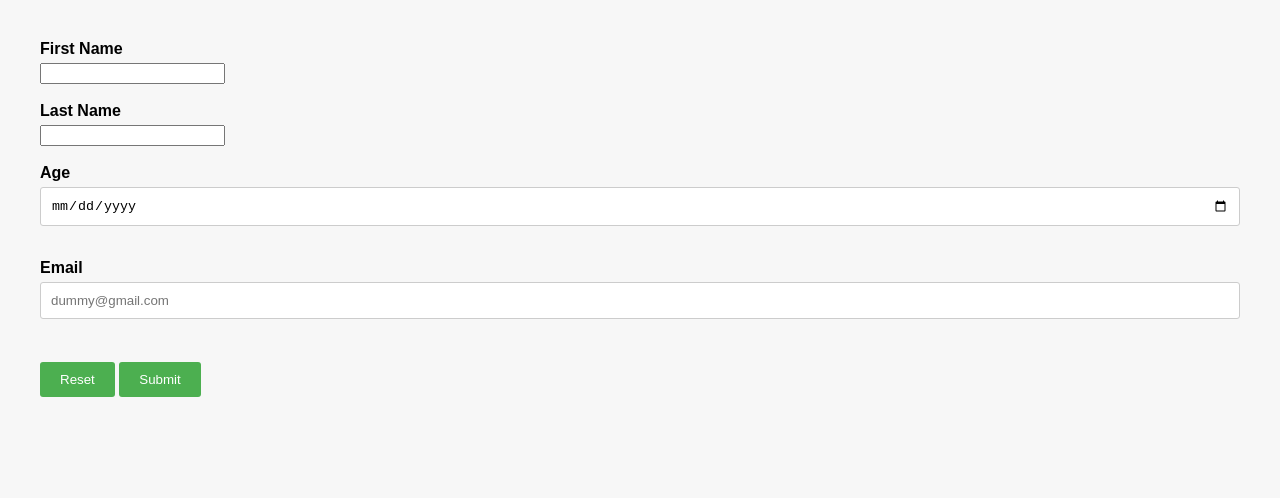
Repository: Haakim19/web-dev
Page: form.html
An editor plug-in stored every save of this project. The page is shown before and after the next save, followed by the edit.
The browser window is 1280 px wide. The pictures show the whole page.

Above is the page before, as saved 2024-06-02 17:11:59.

### form.html
<!DOCTYPE html>
<html lang="en">
<head>
    <meta charset="UTF-8">
    <meta name="viewport" content="width=device-width, initial-scale=1.0">
    <link rel="stylesheet" type = "text/css" href = "form.css">
    <title>Form</title>
</head>
<body>
    <form action="form.php" method = "POST">
       <div>
            <label for="fname">First Name</label>
            <input type="fname" name = "fname" id = "fname" required>
       </div>

       <br>

        <div>
            <label for="lname">Last Name</label>
            <input type="lname" name = "lname" id = "lname" required>

        </div>

        <br>

        <div>
            <label for="bday">Age</label>
            <input type="date" name = "bday" id = "day" placeholder="yyyy-mm-dd" required>

        </div>

        <br>

        <div>
            <label for="email">Email</label>
            <input type="email" name = "email" id = "email" required placeholder="dummy@gmail.com">

        </div>


        <br>

        <input type="reset" value = "Reset">
        <input type="submit" value = "Submit">

    </form>
</body>
</html>

### form.css
/* Body Styles */
body {
    font-family: Arial, Helvetica, sans-serif;
    background-color: #f7f7f7;
    margin: 20px;
    padding: 20px;
  }

  /* Form Container */
  .form-container {
    display: flex;
    flex-direction: column;
    width: 500px;
    margin: 0 auto; /* Center the form horizontally */
    padding: 20px;
    border: 1px solid #ddd;
    border-radius: 5px;
    background-color: #fff;
  }

  /* Form Labels */
  label {
    display: block;
    margin-bottom: 5px;
    font-weight: bold;
  }

  /* Style form elements */
  input[type="text"],
  input[type="email"],
  input[type="date"] {
    width: 100%; /* Make inputs full width */
    padding: 10px;
    margin-bottom: 15px;
    border: 1px solid #ccc;
    border-radius: 3px;
    box-sizing: border-box; /* Include padding in width */
  }

  /* Style buttons */
  input[type="submit"],
  input[type="reset"] {
    background-color: #4CAF50;
    color: white;
    padding: 10px 20px;
    border: none;
    border-radius: 3px;
    cursor: pointer;
    margin-top: 10px; /* Add space after inputs */
  }

  input[type="submit"]:hover,
  input[type="reset"]:hover {
    background-color: #3e8e41;
  }

  /* Error message styling (optional) */
  .error {
    color: red;
    font-size: smaller;
    margin-bottom: 5px;
  }

After the next save:
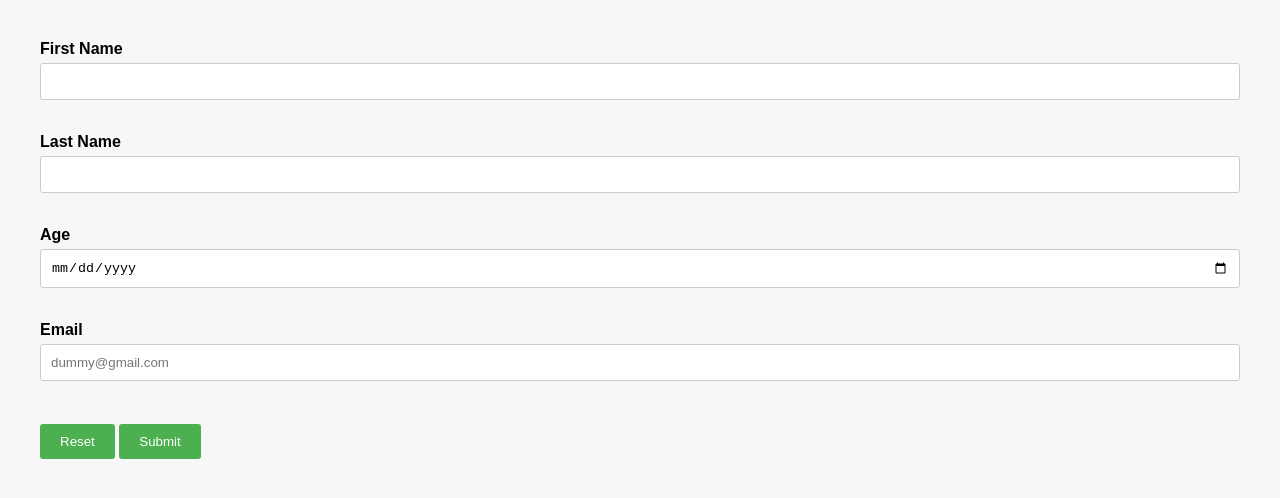
Saved 67 s later.
--- a/form.css
+++ b/form.css
@@ -26,7 +26,8 @@ body {
   }
 
   /* Style form elements */
-  input[type="text"],
+  input[type="fname"],
+  input[type="lname"],
   input[type="email"],
   input[type="date"] {
     width: 100%; /* Make inputs full width */
